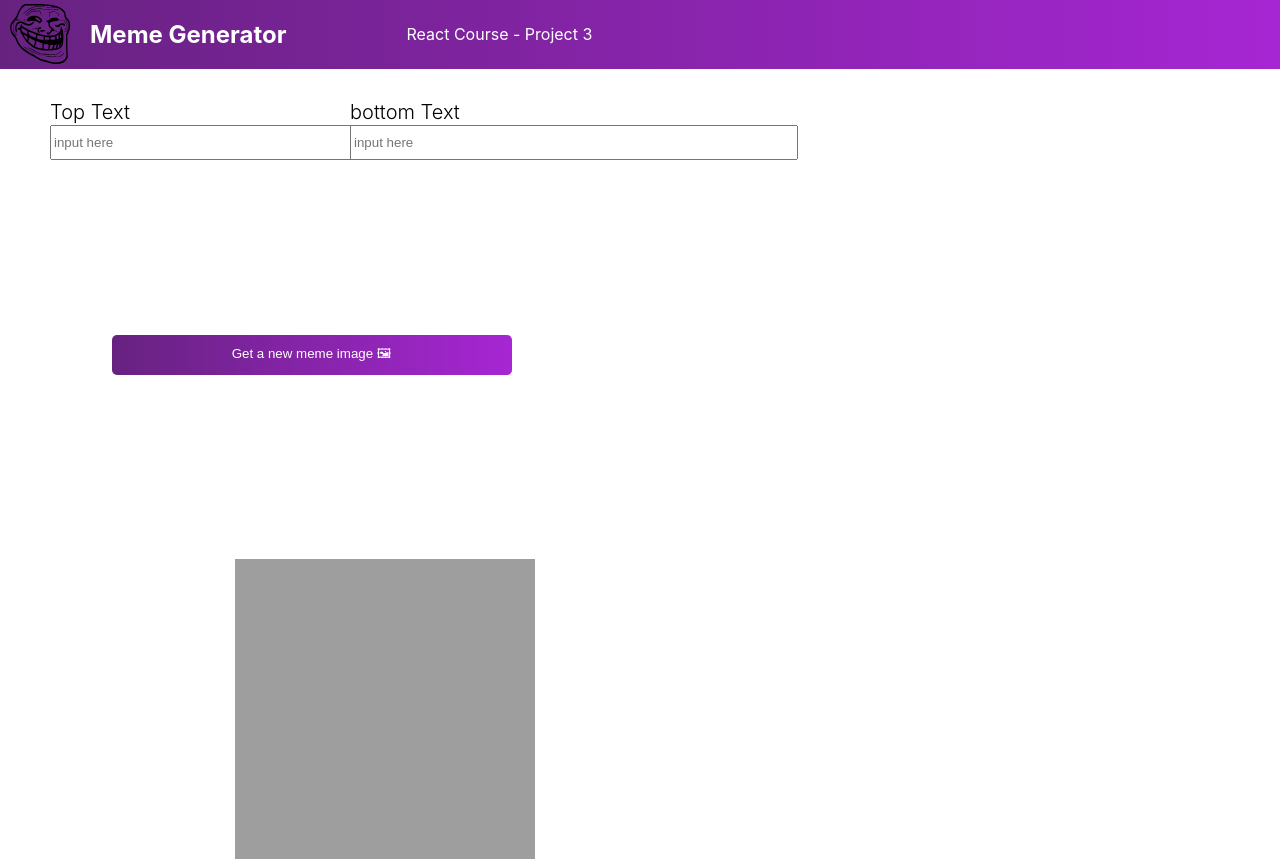
Repository: mortiestmorty1/meme-generator-react
Page: /, after clicking the first element matching `button`
These files come from the project's save history. The page is drawn as it stood at one moment and after the next save; the edit follows.
The browser window is 1280 px wide. The pictures show the whole page.
Pictures or frames that could not be fetched are drawn as grey boxes. The project was rebuilt for these pictures with package versions that can differ from the ones it lists, and the page was loaded fresh each time. Also part of the build but not shown: src/components/box.js.

Above is the page before, as saved 2024-01-20 22:18:47.

### src/index.js
import React from 'react';
import ReactDOM from 'react-dom/client';
import './index.css';
import App from './App';
import reportWebVitals from './reportWebVitals';

const root = ReactDOM.createRoot(document.getElementById('root'));
root.render(
  <React.StrictMode>
    <App darkMode={false}/>
  </React.StrictMode>
);

// If you want to start measuring performance in your app, pass a function
// to log results (for example: reportWebVitals(console.log))
// or send to an analytics endpoint. Learn more: https://bit.ly/CRA-vitals
reportWebVitals();

### src/index.css
body {
  margin: 0;
  font-family: -apple-system, BlinkMacSystemFont, 'Segoe UI', 'Roboto', 'Oxygen',
    'Ubuntu', 'Cantarell', 'Fira Sans', 'Droid Sans', 'Helvetica Neue',
    sans-serif;
  -webkit-font-smoothing: antialiased;
  -moz-osx-font-smoothing: grayscale;
}

code {
  font-family: source-code-pro, Menlo, Monaco, Consolas, 'Courier New',
    monospace;
}
* {
  box-sizing: border-box;
  }

### src/App.js

import './App.css';
import React from "react";
import Navbar from "./components/Navbar";
import Inputs from "./components/inputs";
import { useState } from 'react';
import boxes from "./components/boxes";
import Box from "./components/box";

function App(props) {
 const [name , setname] = useState({
 email:"",
  password:"",
  confirm:"",
  newsletter:false
  })

function handleChange(event) {
  const {name , value , type , checked} = event.target
  setname(prevname => ({
    ...prevname,
    [name]: type === "checkbox" ? checked : value
  }));
}
function handleSubmit(event) {
  event.preventDefault()
  if(name.password !== name.confirm)
  return alert("passwords must match")
else{
  console.log("success")
  if(name.newsletter === true)
  return alert("you have subscribed to our newsletter")
}
}

  return (
    <div className="App">
      <Navbar />
      <Inputs />
    </div>
  );
}

export default App;

### src/App.css
.nav-container {
  display: flex;
  justify-content: space-between;
  align-items: center;
  background: linear-gradient(to right, #672280,#A626D3);
  }
  .image{
    width: 60px;
    height: 60px;
    margin-left: 10px;
  }
  .navbar{
    display: flex;
    justify-content: space-around;
    align-items: center;
    margin-right: 10px;
    color: white;
  }
  .navbar h1{
    margin-right: 20px;
    margin-left: 20px;
  }
  .info{
    margin-left: 100px;
  }
  .inputs-container{
    margin-left: 50px;
    margin-top: 20px;
    font-size: 20px;
    font-weight: 300;
  }
  .top{
    position: absolute;
    top: 100px;
  }
  .bottom{
    position: absolute;
    margin-left: 300px;
    top: 100px;
  }
  .topinput{
    position: absolute;
    top: 125px;
    height: 35px;
    width: 35%;
  }
  .bottominput{
    position: absolute;
    top: 125px;
    margin-left: 300px;
    height: 35px;
    width: 35%;
  }
  .generate{
    margin-left: 5%;
    margin-top: 20%;
    background: linear-gradient(to right, #672280,#A626D3);
    color: white;
    border: none;
    border-radius: 5px;
    width: 400px;
    height: 40px;
  }
  .memeimage{
    margin-left: 15%;
    margin-top: 15%;
    width: 300px;
    height: 300px;
  }
  .box{
    width: 100px;
    height: 100px;
    border: 1px solid black;
    display: inline-block;
    margin-right: 10px;
  }
  .top-text{
    position: absolute;
    top: 150px;
    left: 15%;
    width: 300px;
    height: 300px;
    font-size: 30px;
    font-weight: 700;
    color: white;
    text-align: center;
    border-color: black;
  }
  .bottom-text{
    position: absolute;
    top: 400px;
    left: 15%;
    width: 300px;
    height: 300px;
    font-size: 30px;
    font-weight: 700;
    color: white;
    text-align: center;

  }

### src/components/Navbar.js
import React from "react";
import Troll from "./Troll-Face.svg";
import "../App.css";
function Navbar(){
    return(
        <div className="nav-container">
            <nav className="navbar">
                <img src={Troll} className="image" alt="Troll Face" />
                <h1>Meme Generator</h1>
                <section className="info">
                    <p>React Course - Project 3</p>
                </section>
            </nav>
        </div>
    )
}

export default Navbar;

### src/components/inputs.js
import React from "react";
import "../App.css";
import Meme from "./meme.js";
import { useState } from "react";
function Inputs(){
    const [Allmemeimage , setAllmemeimage] = useState(Meme)
    const [newmeme , setNewmeme] = useState({
        topText:"",
        bottomText:"",
        memeimage:"https://png.pngtree.com/png-vector/20231222/ourlarge/pngtree-do-not-press-this-button-sign-vector-png-image_11376553.png"
    })
    function handleClick () {

        const memearray = Allmemeimage
        const random = Math.floor(Math.random() * memearray.length)
        const url = memearray[random].url
        setNewmeme(prevmeme =>({
            ...prevmeme,
            memeimage:url
        }))
    }
    function handleChange(event) {
        const {name , value} = event.target
        setNewmeme(prevmeme => ({
            ...prevmeme,
            [name]: value
        }))
    }
    return(
        <div className="inputs-container">
            <div className="inputs">
                <label className="top">Top Text</label>
                <input
                className="topinput"
                type="text"
                placeholder="input here"
                onChange={handleChange}
                 name="topText"
                 value={newmeme.topText} />
                <label className="bottom">bottom Text</label>
                <input
                className="bottominput"
                type="text"
                placeholder="input here"
                onChange={handleChange}
                name="bottomText"
                value={newmeme.bottomText}  />
                <button className="generate" onClick={handleClick}>Get a new meme image  🖼</button>
            </div>
            < img src={newmeme.memeimage} className="memeimage" alt="meme" />
            <h2 className="top-text">{newmeme.topText}</h2>
            <h2 className="bottom-text">{newmeme.bottomText}</h2>
        </div>
    )
}

export default Inputs;

### src/components/boxes.js
export default [
    {
        id:1,
        on : false
    }
    ,
    {
        id:2,
        on : true
    }
    ,
    {
        id:3,
        on : false
    }
    ,
    {
        id:4,
        on : true
    }
    ,
    {
        id:5,
        on : false
    }
    ,
    {
        id:6,
        on : true
    }
    ,
    {
        id:7,
        on : false
    }
    ,
    {
        id:8,
        on : true
    }
    ,
    {
        id:9,
        on : false
    }
    ,
    {
        id:10,
        on : true
    }
]

### src/components/meme.js

export default [
    {
        id: 1,
        name: "Drake",
        url: "https://i.imgflip.com/30b1gx.jpg",
        width: 1200,
        height: 1200
    },
    {
        id: 2,
        name: "Distracted Boyfriend",
        url: "https://i.imgflip.com/1ur9b0.jpg",
        width: 1200,
        height: 800
    },
    {
        id: 3,
        name: "Two Buttons",
        url: "https://i.imgflip.com/1g8my4.jpg",
        width: 600,
        height: 908
    },
    {
        id: 4,
        name: "Mocking Spongebob",
        url: "https://i.imgflip.com/1otk96.jpg",
        width: 502,
        height: 353
    },
    {
        id: 5,
        name: "Expanding Brain",
        url: "https://i.imgflip.com/1jwhww.jpg",
        width: 857,
        height: 1202
    },
    {
        id: 6,
        name: "Roll Safe Think About It",
        url: "https://i.imgflip.com/1h7in3.jpg",
        width: 600,
        height: 600
    },
    {
        id: 7,
        name: "Change My Mind",
        url: "https://i.imgflip.com/24y43o.jpg",
        width: 482,
        height: 361
    },
    {
        id: 8,
        name: "Is This A Pigeon",
        url: "https://i.imgflip.com/1o00in.jpg",
        width: 857,
        height: 1202
    },
    {
        id: 9,
        name: "Batman Slapping Robin",
        url: "https://i.imgflip.com/9ehk.jpg",
        width: 400,
        height: 387
    },
   {
        id: 10,
        name: "One Does Not Simply",
        url: "https://i.imgflip.com/1bij.jpg",
        width: 568,
        height: 335
    },
    {
        id: 11,
        name: "Philosoraptor",
        url: "https://i.imgflip.com/1bgs.jpg",
        width: 400,
        height: 400
    },
    {
        id: 12,
        name: "Waiting Skeleton",
        url: "https://i.imgflip.com/2fm6x.jpg",
        width: 500,
        height: 500
    },
    {
        id: 13,
        name: "X, X Everywhere",
        url: "https://i.imgflip.com/1ihzfe.jpg",
        width: 500,
        height: 610
    },
    {
        id: 14,
        name: "Futurama Fry",
        url: "https://i.imgflip.com/1bgw.jpg",
        width: 553,
        height: 439
    },
    {
        id: 15,
        name: "Ancient Aliens",
        url: "https://i.imgflip.com/26am.jpg",
        width: 500,
        height: 437
    },
    {
        id: 16,
        name: "That Would Be Great",
        url: "https://i.imgflip.com/1bh8.jpg",
        width: 500,
        height: 500
    },
    {
        id: 17,
        name: "Unsettled Tom",
        url: "https://i.imgflip.com/2wifvo.jpg",
        "width": 500,
        "height": 654
    },
    {
        id : 18,
        name: "Boardroom Meeting Suggestion",
        url: "https://i.imgflip.com/m78d.jpg",
        width: 625,
        height: 415
    },
]

Loaded but not shown: public/index.html (common file); src/reportWebVitals.js (common file)

After the next save:
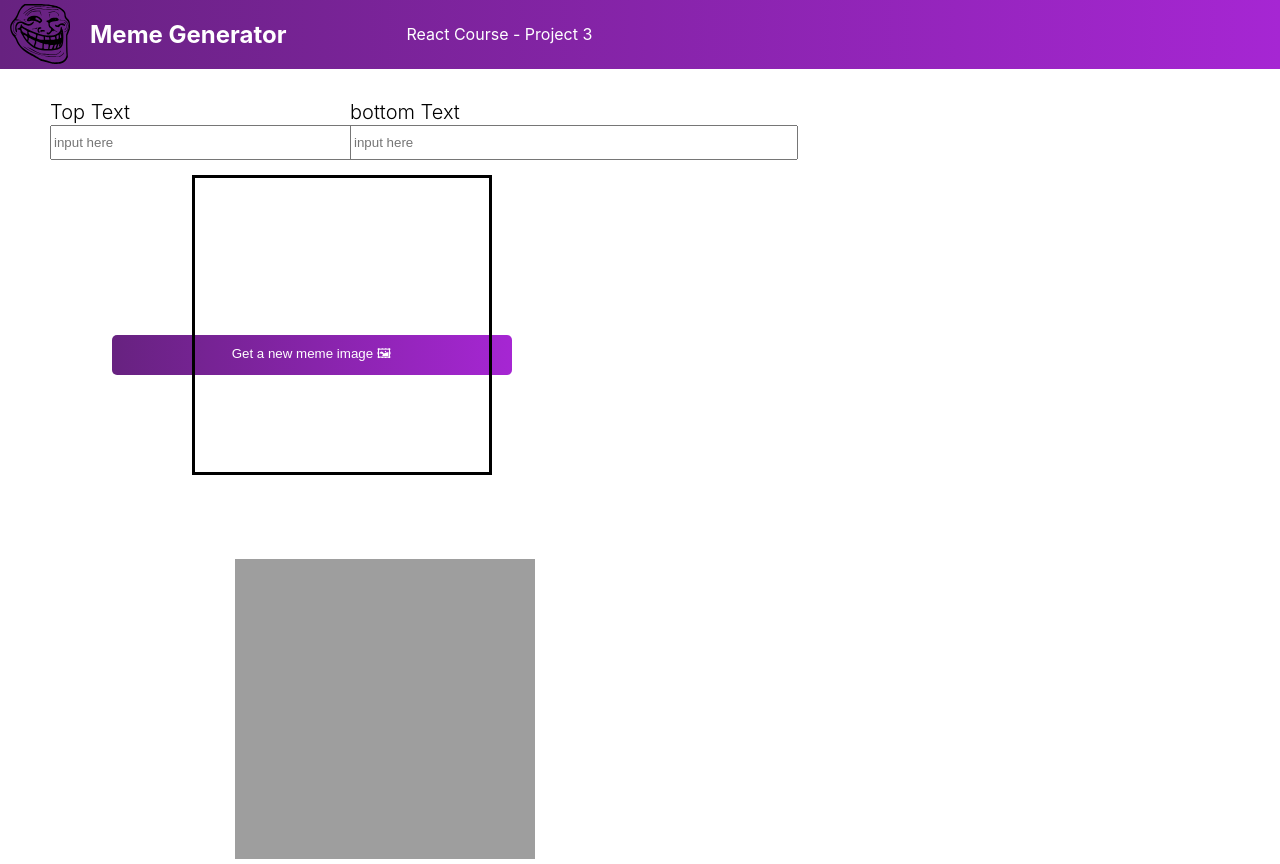
Saved 35 s later.
--- a/src/App.css
+++ b/src/App.css
@@ -84,6 +84,7 @@
     font-weight: 700;
     color: white;
     text-align: center;
+    border-style: solid; ;
     border-color: black;
   }
   .bottom-text{

After the save that followed:
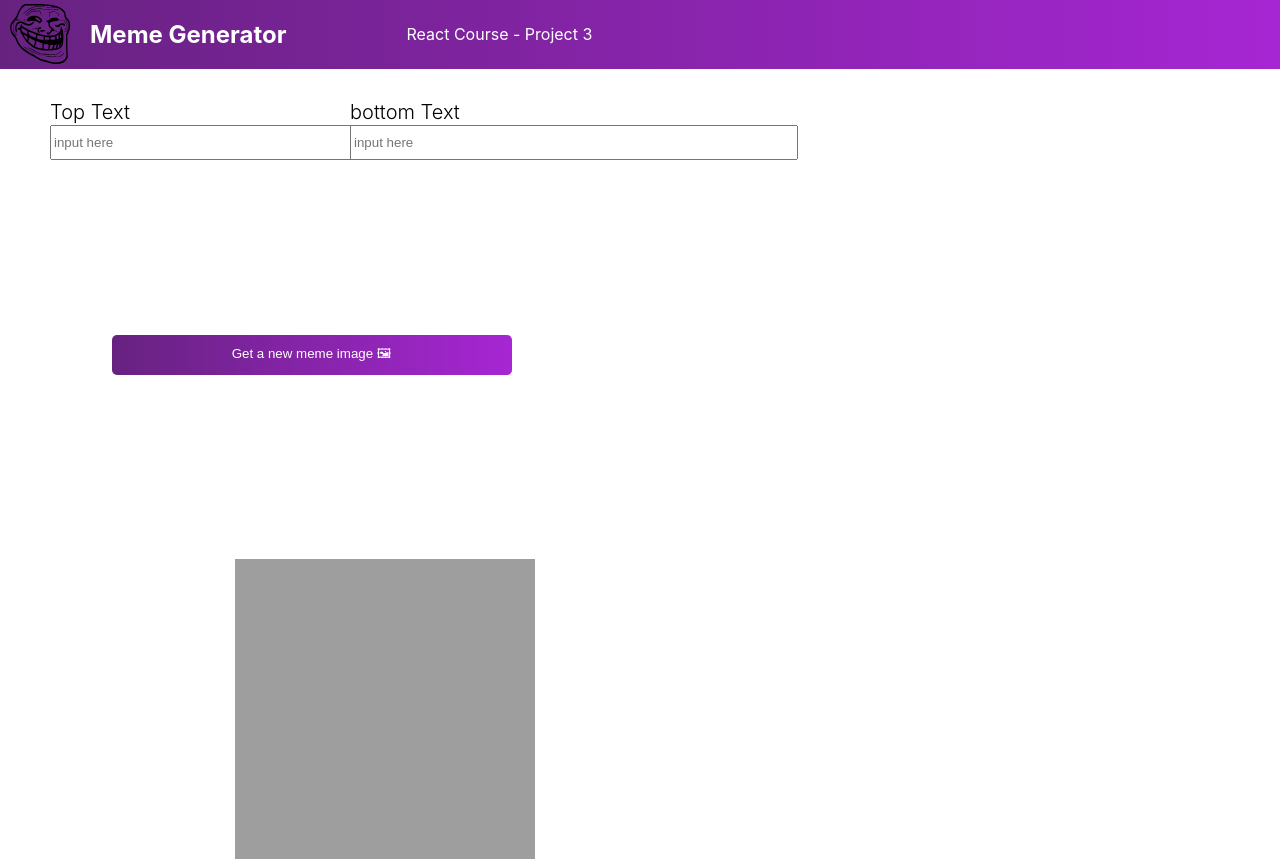
Saved 12 s later.
--- a/src/App.css
+++ b/src/App.css
@@ -84,7 +84,6 @@
     font-weight: 700;
     color: white;
     text-align: center;
-    border-style: solid; ;
     border-color: black;
   }
   .bottom-text{
